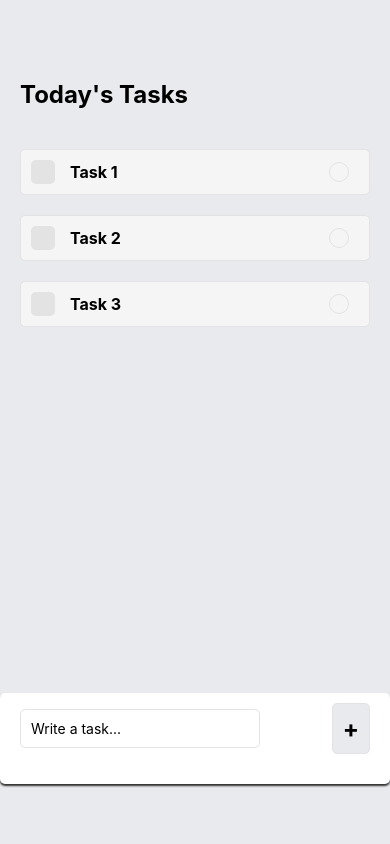
Repository: lomelo-x/ToDo-App
Screen: /
These files come from the project's save history. The screen is drawn as it stood at one moment and after the next save; the edit follows.
The app was drawn by React Native's web renderer in a window 390 px wide. The project was rebuilt for these pictures with package versions that can differ from the ones it lists, and the page was loaded fresh each time.

Above is the screen before, as saved 2022-06-17 21:18:18.

### App.js
import { StatusBar } from 'expo-status-bar';
import { StyleSheet, Text, View, KeyboardAvoidingView, Platform, TextInput, TouchableOpacity } from 'react-native';
import Task from './components/Task';

export default function App() {
	return (
		<View style={styles.container}>
			<View style={styles.todoContainer}>
				<Text style={styles.sectionTitle}>Today's Tasks</Text>
				<View style={styles.itemsContainer}>
					<Task text={'Task 1'} />
					<Task text={'Task 2'}/>
					<Task text={'Task 3'}/>
				</View>
			</View>
			<KeyboardAvoidingView
			behavior={Platform.OS === 'ios' ? 'padding' : "height" }
			style={styles.writeTaskContainer}>
				<TextInput style={styles.writeTaskInput} placeholder="Write a task..." />
				<TouchableOpacity>
					<View style={styles.addTaskButton}>
						<Text style={styles.addTaskButtonText}>+</Text>
					</View>
				</TouchableOpacity>
			</KeyboardAvoidingView>
		</View>
	);
}

const styles = StyleSheet.create({
	container: {
		flex: 1,
		backgroundColor: '#E8EAED',
	},
	todoContainer: {
		paddingTop: 80,
		paddingHorizontal: 20,
	},
	sectionTitle: {
		fontSize: 24,
		fontWeight: 'bold',
		marginBottom: 20,
	},
	itemsContainer: {
		marginTop: 20,
	},
	writeTaskContainer: {
		position: 'absolute',
		bottom: 60,
		width: '100%',
		flexDirection: 'row',
		alignItems: 'center',
		justifyContent: 'space-between',

		paddingHorizontal: 20,
		paddingVertical: 10,
		backgroundColor: '#fff',
		borderRadius: 5,
		shadowColor: '#000',
		shadowOffset: { width: 0, height: 2 },
		shadowOpacity: 0.8,
		shadowRadius: 2,
		elevation: 1,
		marginTop: 20,
	},
writeTaskInput: {
		borderWidth: 1,
		borderColor: '#e3e3e3',
		borderRadius: 5,
		padding: 10,
		marginBottom: 20,
	},
addTaskButton: {
		backgroundColor: '#E8EAED',
		padding: 10,
		borderRadius: 5,
		borderWidth: 1,
		borderColor: '#e3e3e3',
		flexDirection: 'row',
		alignItems: 'center',
		justifyContent: 'space-between',
		marginBottom: 20,
	},
addTaskButtonText: {
		fontSize: 24,
		fontWeight: 'bold',
	},
});

### components/Task.js
import React from 'react';
import { View, Text, StyleSheet, TouchableOpacity } from 'react-native';

const Task = ({ text }) => {
	return (
		<View style={styles.taskContainer}>
			<View style={styles.taskLeft}>
				<TouchableOpacity style={styles.square}></TouchableOpacity>
				<Text style={styles.taskText}>{text}</Text>
			</View>
			<View style={styles.taskRight}></View>
		</View>
	);
};

const styles = StyleSheet.create({
	taskContainer: {
		backgroundColor: '#f5f5f5',
		padding: 10,
		marginBottom: 10,
		borderRadius: 5,
		borderWidth: 1,
		borderColor: '#e3e3e3',
		flexDirection: 'row',
		alignItems: 'center',
		justifyContent: 'space-between',
		marginBottom: 20,
	},
	taskText: {
		fontSize: 16,
		fontWeight: 'bold',
	},
	taskLeft: {
		flexDirection: 'row',
		alignItems: 'center',
		flexWrap: 'wrap',
		maxWidth: '80%',
	},
	taskRight: {
		width: 20,
		height: 20,
		borderRadius: 50,
		borderColor: '#e3e3e3',
		borderWidth: 1,
		marginRight: 10,
	},
	square: {
		width: 24,
		height: 24,
		backgroundColor: '#e3e3e3',
		borderRadius: 5,
		marginRight: 15,
	},
});

export default Task;

After the next save:
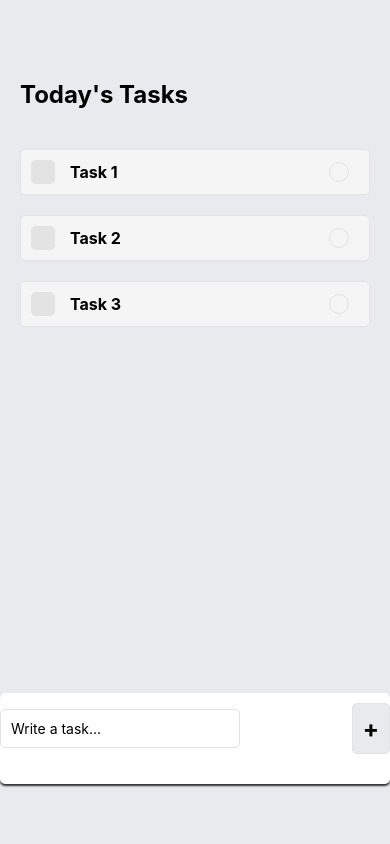
Saved 7 s later.
--- a/App.js
+++ b/App.js
@@ -51,8 +51,6 @@ const styles = StyleSheet.create({
 		flexDirection: 'row',
 		alignItems: 'center',
 		justifyContent: 'space-between',
-
-		paddingHorizontal: 20,
 		paddingVertical: 10,
 		backgroundColor: '#fff',
 		borderRadius: 5,
